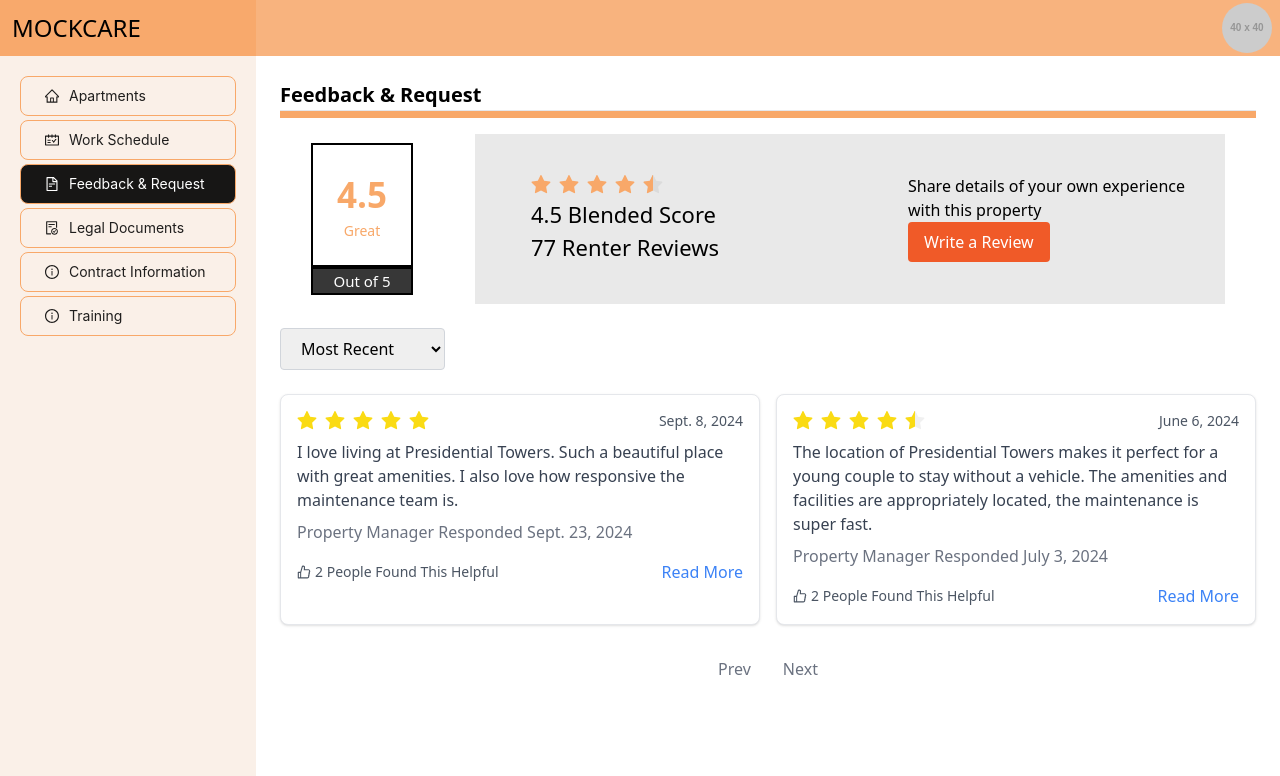
Repository: dunh-real/MockProject_102024_Nhom4
Page: / (app in frontend/)
These files come from the project's save history. The page is drawn as it stood at one moment and after the next save; the edit follows.
The browser window is 1280 px wide. The pictures show the whole page.
The project was rebuilt for these pictures with package versions that can differ from the ones it lists, and the page was loaded fresh each time. Also part of the build but not shown: frontend/vite.config.js, frontend/vite.config.ts, frontend/src/App.css, frontend/src/component/ReviewModal.tsx.

Above is the page before, as saved 2024-10-09 13:25:30.

After the next save:
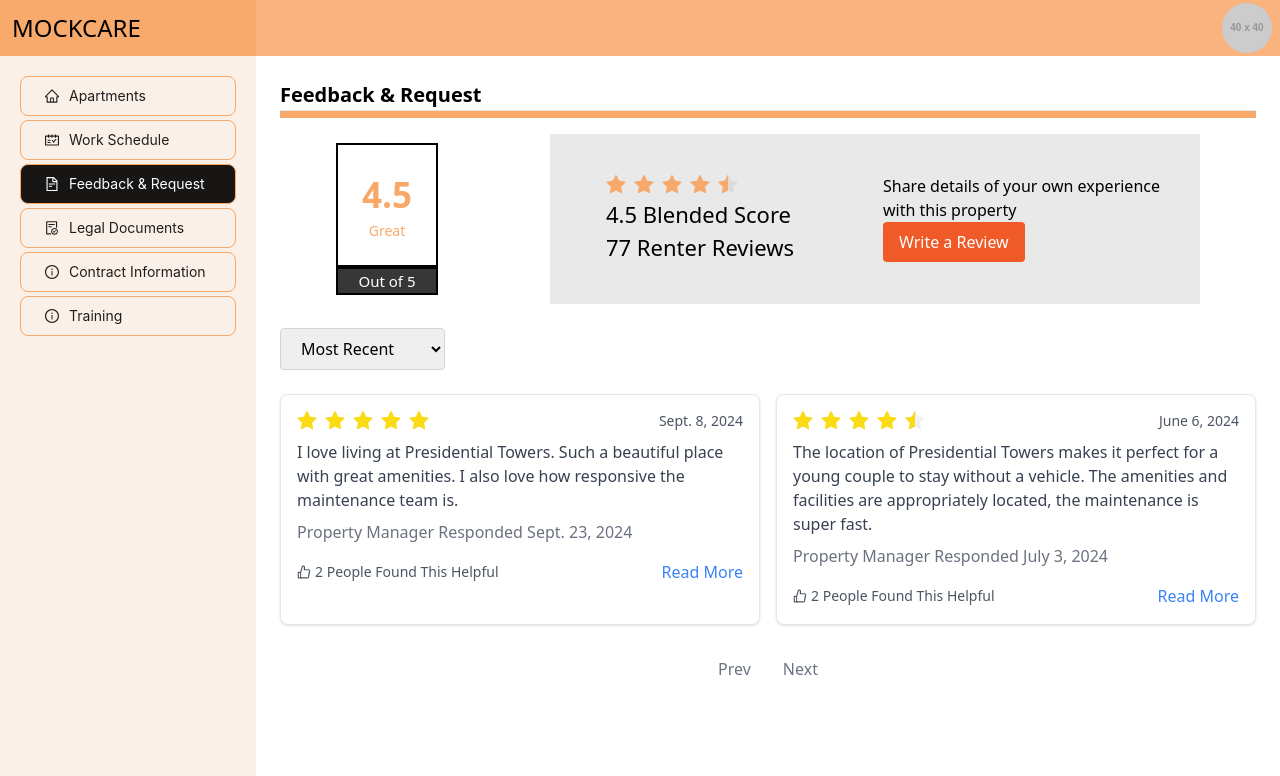
Saved 10 s later.
--- a/frontend/src/pages/Feedback&Request/Feedback&Request.tsx
+++ b/frontend/src/pages/Feedback&Request/Feedback&Request.tsx
@@ -76,7 +76,7 @@ const ReviewList: React.FC = () => {
                             </div>
                         </div>
                         <div className='bg-[#d9d9d995] flex justify-between'
-                         style={{ width: '100%', maxWidth: '750px', padding:40}}
+                         style={{ width: '100%', maxWidth: '650px', padding:40}}
                         >
                             <div className="ml-4 ">
                                 <Rate allowHalf defaultValue={4.5} disabled style={{color:'#F8A869'}} />
